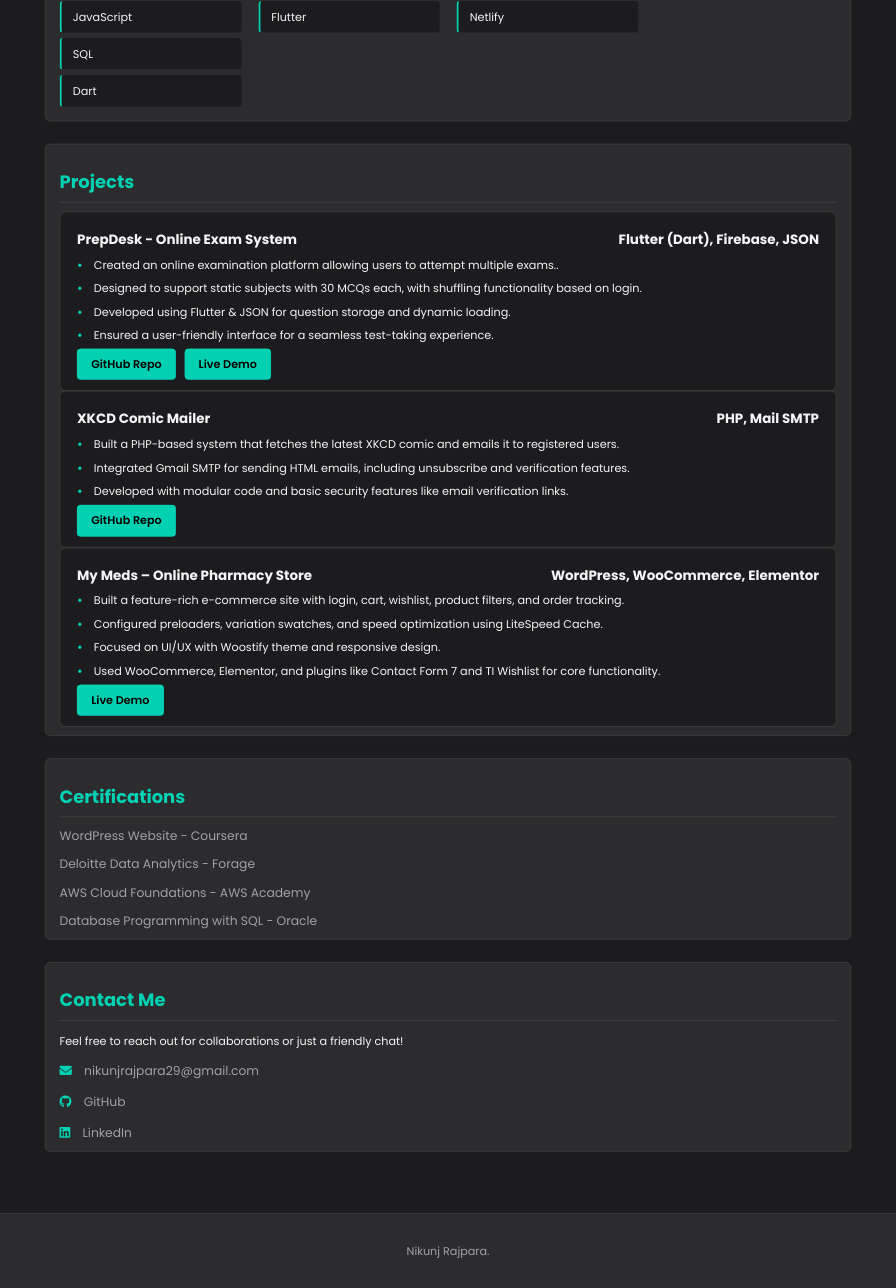
Repository: NikunjRajpara/portfolio
Page: index.html
These files come from the project's save history. The page is drawn as it stood at one moment and after the next save; the edit follows.
The browser window is 1280 px wide. The pictures show the part of the page from y = 1796 to 3716 px (the page is 3636 px tall before and 3716 px after), at 70% of full size.

Above is the page before, as saved 2025-07-23 11:17:48.

### index.html
<!DOCTYPE html>
<html lang="en">
<head>
    <meta charset="UTF-8">
    <meta name="viewport" content="width=device-width, initial-scale=1.0">
    <title>Nikunj Rajpara | Personal Portfolio</title>
    <link rel="stylesheet" href="style.css">
    <link rel="preconnect" href="https://fonts.googleapis.com">
    <link rel="preconnect" href="https://fonts.gstatic.com" crossorigin>
    <link href="https://fonts.googleapis.com/css2?family=Poppins:wght@300;400;600;700&display=swap" rel="stylesheet">
    <link rel="stylesheet" href="https://cdnjs.cloudflare.com/ajax/libs/font-awesome/6.5.1/css/all.min.css">
</head>
<body>

    <!-- Header Section -->
    <header>
        <nav>
            <div class="logo">Nikunj Rajpara</div>
            <ul class="nav-links">
  <li><a href="#about">About</a></li>
  <li><a href="#education">Education</a></li>
  <li><a href="#experience">Experience</a></li>
  <li><a href="#skills">Skills</a></li>
  <li><a href="#projects">Projects</a></li>
  <li><a href="#certifications">Certifications</a></li>
  <li><a href="#contact">Contact</a></li>
</ul>

        </nav>
    </header>

    <!-- Main Content -->
    <main>
        <!-- Hero Section -->
        <section id="hero">
            <div class="hero-content">
                <img src="https://github.com/user-attachments/assets/263757a8-381b-4890-8bf0-0c66ba8d1ebf" alt="Profile Picture of Nikunj Rajpara" class="profile-img">
                <div class="hero-text">
                    <h1>MERN Stack Developer</h1>
                    <p>A passionate developer focused on building secure, scalable, and modern web applications.</p>
                </div>
            </div>
        </section>

        <!-- About Section -->
        <section id="about">
            <h2>About Me</h2>
            <div class="About-item">
            <ul class="introduction">
                    <li>I'm a Computer Engineering student at Marwadi University, passionate about exploring how technology works and bringing ideas to life through hands-on experience. With a strong foundation, I am sharpening my skills as a Mern Stack Intern at BrainyBeam Technologies.</li>
                    <li> I thrive on turning ideas into functional, scalable solutions. With hands-on experience and a solid understanding, I am now expanding my horizons into open-source development. I’ve learned the importance of clean code, version control, and team collaboration — all principles I carry into every project.</li>
                    <li> I’m actively seeking internship opportunities in software development and tech-driven roles where I can grow, collaborate, and make an impact.</li>
                    <li>Let’s connect!</li>
                    </div>
        </section>

        <!-- Education Section -->
<section id="education">
  <h2>Education</h2>
  <div class="education-item">
    <p><strong>Marwadi University, Rajkot</strong></p>
    <p><strong>Computer Engineering - Diploma</strong><br>Oct 2020 - May 2023 | CGPA: 8.13</p>
  </div>
  <div class="education-item">
    <p><strong>Marwadi University, Rajkot</strong></p>
    <p><strong>Computer Engineering - B. Tech</strong><br>Sept 2023 - May 2026</p>
  </div>
</section>

        <!-- Experience Section -->
        <section id="experience">
            <h2>Experience</h2>
            <div class="experience-item">
                <div class="experience-header">
                    <h3>Brainy Beam Technologies | MERN Stack Intern</h3>
                    <span class="experience-location">Ahmedabad, Gujarat | May 2025 – June 2025</span>
                </div>
                <ul class="experience-details">
                    <li>Developed secure authentication and registration flows with real-time validation and structured error handling.</li>
                    <li>Built Core page layouts including routing, profile modules, and dashboard navigation with a clean, scalable architecture.</li>
                    <li>Followed modern web development standards and clean code practices, ensuring maintainability, performance, and security.</li>
                </ul>
            </div>
        </section>

        <!-- Skills Section -->
        <section id="skills">
            <h2>My Skills</h2>
            <div class="skills-container">
                <div class="skill-category">
                    <h3>Programming Languages</h3>
                    <ul>
                        <li>PHP</li>
                        <li>HTML & CSS</li>
                        <li>JavaScript</li>
                        <li>SQL</li>
                        <li>Dart</li>
                    </ul>
                </div>
                <div class="skill-category">
                    <h3>Libraries & Frameworks</h3>
                    <ul>
                        <li>React</li>
                        <li>Node</li>
                        <li>Flutter</li>
                    </ul>
                </div>
                <div class="skill-category">
                    <h3>Tools & Platforms</h3>
                    <ul>
                        <li>VS Code</li>
                        <li>Git & GitHub</li>
                        <li>Netlify</li>
                    </ul>
                </div>
                <div class="skill-category">
                    <h3>Databases</h3>
                    <ul>
                        <li>MySQL</li>
                        <li>Firebase</li>
                    </ul>
                </div>
            </div>
        </section>

        <!-- Projects Section -->
        <section id="projects">
            <h2>Projects</h2>
            <div class="project-card">
                <div class="project-header">
                    <h3>PrepDesk - Online Exam System</h3>
                    <span class="project-tech">Flutter (Dart), Firebase, JSON</span>
                </div>
                <ul class="project-details">
                    <li>Created an online examination platform allowing users to attempt multiple exams..</li>
                    <li>Designed to support static subjects with 30 MCQs each, with shuffling functionality based on login.</li>
                    <li>Developed using Flutter & JSON for question storage and dynamic loading.</li>
                    <li>Ensured a user-friendly interface for a seamless test-taking experience.</li>
                <div class="project-links">
                    <a href="https://github.com/NikunjRajpara/prepdesk" class="btn-link">GitHub Repo</a>
                    <a href="https://prepdeskexam.netlify.app/" class="btn-link">Live Demo</a>
                </div>
            </div>

            <div class="project-card">
  <div class="project-header">
    <h3>XKCD Comic Mailer</h3>
    <span class="project-tech">PHP, Mail SMTP</span>
  </div>
  <ul class="project-details">
    <li>Built a PHP-based system that fetches the latest XKCD comic and emails it to registered users.</li>
    <li>Integrated Gmail SMTP for sending HTML emails, including unsubscribe and verification features.</li>
    <li>Developed with modular code and basic security features like email verification links.</li>
  </ul>
  <div class="project-links">
    <a href="https://github.com/NikunjRajpara/XKCD-Comic" class="btn-link">GitHub Repo</a>
  </div>
</div>

<div class="project-card">
  <div class="project-header">
    <h3>My Meds – Online Pharmacy Store</h3>
    <span class="project-tech">WordPress, WooCommerce, Elementor</span>
  </div>
  <ul class="project-details">
    <li>Built a feature-rich e-commerce site with login, cart, wishlist, product filters, and order tracking.</li>
    <li>Configured preloaders, variation swatches, and speed optimization using LiteSpeed Cache.</li>
    <li>Focused on UI/UX with Woostify theme and responsive design.</li>
    <li>Used WooCommerce, Elementor, and plugins like Contact Form 7 and TI Wishlist for core functionality.</li>
  </ul>
  <div class="project-links">
    <a href="https://mymeds.42web.io/" class="btn-link">Live Demo</a>
  </div>
</div>

        </section>

     <!-- Certifications Section -->
<section id="certifications">
  <h2>Certifications</h2>
  <div class="cert-links">
    <a href="https://www.coursera.org/account/accomplishments/verify/JCHUG2V3B9CD" target="_blank">WordPress Website - Coursera</a>
    <a href="https://forage-uploads-prod.s3.amazonaws.com/completion-certificates/9PBTqmSxAf6zZTseP/io9DzWKe3PTsiS6GG_9PBTqmSxAf6zZTseP_cTxrjBYMDmJePsFNL_1745661196625_completion_certificate.pdf" target="_blank">Deloitte Data Analytics - Forage</a>
    <a href="https://www.credly.com/badges/220a269f-0b0c-48c9-b872-8cb1258a5f5d" target="_blank">AWS Cloud Foundations - AWS Academy</a>
    <a href="https://drive.google.com/file/d/12mJQulLoDs20k5aMf6YPIAZCJ1PORaJe/view" target="_blank">Database Programming with SQL - Oracle</a>
  </div>
</section>




        <!-- Contact Section -->
        <aside id="contact">
            <h2>Contact Me</h2>
            <p>Feel free to reach out for collaborations or just a friendly chat!</p>
            <div class="contact-links">
                <a href="mailto:nikunjrajpara29@gmail.com"><i class="fas fa-envelope"></i> nikunjrajpara29@gmail.com</a>
                <a href="https://github.com/NikunjRajpara"><i class="fab fa-github"></i> GitHub</a>
                <a href="https://www.linkedin.com/in/nikunj-rajpara-4628a0247/"><i class="fab fa-linkedin"></i> LinkedIn</a>
            </div>
        </aside>
    </main>

    <!-- Footer -->
    <footer>
        <p>Nikunj Rajpara.</p>
    </footer>

</body>
</html>

### style.css
/* CSS Variables for easy color changes */
:root {
    --primary-neon: #00d1b2; /* A vibrant, modern teal/neon color */
    --background-dark: #1c1c1e;
    --content-dark: #2c2c2e;
    --text-light: #f5f5f7;
    --text-muted: #a1a1a6;
    --border-color: #444;
}

/* FIX: This tells the browser to leave 80px of space at the top when scrolling to an element */
html {
    scroll-behavior: smooth;
    scroll-padding-top: 80px;
}

/* General Body Styles */
body {
    font-family: 'Poppins', sans-serif;
    margin: 0;
    padding: 0;
    background-color: var(--background-dark);
    color: var(--text-light);
    line-height: 1.6;
}

/* Header and Navigation */
header {
    background-color: var(--content-dark);
    box-shadow: 0 2px 4px rgba(0,0,0,0.3);
    padding: 1rem 5%;
    position: sticky;
    top: 0;
    z-index: 1000;
}

nav {
    display: flex;
    justify-content: space-between;
    align-items: center;
}

.logo {
    font-size: 1.5rem;
    font-weight: 700;
    color: var(--primary-neon);
    text-shadow: 0 0 5px rgba(0, 209, 178, 0.7);
}

.nav-links {
    list-style: none;
    display: flex;
    gap: 1.5rem;
    margin: 0;
    padding: 0;
}

.nav-links a {
    text-decoration: none;
    color: var(--text-muted);
    font-weight: 600;
    transition: color 0.3s ease, text-shadow 0.3s ease;
}

.nav-links a:hover {
    color: var(--primary-neon);
    text-shadow: 0 0 3px rgba(0, 209, 178, 0.5);
}

/* Main Content and Sections */
main {
    padding: 1.5rem 5%;
}

section, aside {
    margin-bottom: 2rem;
    padding: 0.75rem 1.25rem; /* Reduced top and bottom padding */
    background-color: var(--content-dark);
    border-radius: 8px;
    border: 1px solid var(--border-color);
}

h1, h2, h3 {
    color: var(--text-light);
}

h1 {
    font-size: 2.5rem;
    margin-bottom: 0.5rem;
}

h2 {
    font-size: 1.6rem;
    color: var(--primary-neon);
    margin-bottom: 0.8rem;
    border-bottom: 1px solid var(--border-color);
    padding-bottom: 0.5rem;
}

/* Hero Section */
#hero {
    background: none;
    border: none;
    text-align: center;
    padding-top: 1rem;
}

.hero-content {
    display: flex;
    flex-direction: column;
    align-items: center;
    gap: 0.5rem; /* Reduced gap */
}

.profile-img {
    width: 150px;
    height: 150px;
    border-radius: 50%;
    border: 4px solid var(--primary-neon);
    box-shadow: 0 0 25px rgba(0, 209, 178, 0.5);
}

.hero-text h1 {
    color: var(--text-light);
    font-weight: 700;
    margin: 0; /* Removed all margins */
    line-height: 1.2; /* Tightened line height */
}

.hero-text p {
    font-size: 1.1rem;
    color: var(--text-muted);
    font-weight: 300;
    margin: 0; /* Removed all margins */
}

.introduction {
    list-style: none;
    padding-left: 0;
    margin: 0;
}
.About-item {
    background: var(--background-dark);
    padding: 1.5rem;
    border-radius: 8px;
    border: 1px solid var(--border-color);
}
.introduction{
    padding-left: 1.5rem;
    position: relative;
    margin-bottom: 0.5rem;
}

.introduction li::before {
    content: '•';
    color: var(--primary-neon);
    font-weight: bold;
    display: inline-block;
    position: absolute;
    left: 0;
}

/* Experience Section */
.experience-item {
    background: var(--background-dark);
    padding: 1.5rem;
    border-radius: 8px;
    border: 1px solid var(--border-color);
}

.experience-header {
    display: flex;
    justify-content: space-between;
    align-items: baseline;
    margin-bottom: 1rem;
}

.experience-header h3 {
    margin: 0;
    font-size: 1.2rem;
    font-weight: 700;
    color: var(--text-light);
}

.experience-location {
    font-size: 1.2rem;
    color: var(--text-light);
    font-style: normal;
    font-weight: 700;
    white-space: nowrap;
    padding-left: 1rem;
}

.experience-details {
    list-style: none;
    padding-left: 0;
    margin: 0;
}

.experience-details li {
    padding-left: 1.5rem;
    position: relative;
    margin-bottom: 0.5rem;
}

.experience-details li::before {
    content: '•';
    color: var(--primary-neon);
    font-weight: bold;
    display: inline-block;
    position: absolute;
    left: 0;
}

/* Skills Section */
.skills-container {
    display: grid;
    grid-template-columns: repeat(auto-fit, minmax(220px, 1fr));
    gap: 1.5rem;
}

.skill-category h3 {
    color: var(--primary-neon);
    font-size: 1.2rem;
    margin-bottom: 1rem;
}

.skill-category ul {
    list-style: none;
    padding: 0;
    margin: 0;
}

.skill-category li {
    background-color: var(--background-dark);
    padding: 0.6rem 1rem;
    margin-bottom: 0.5rem;
    border-radius: 5px;
    border-left: 3px solid var(--primary-neon);
    transition: transform 0.2s ease, box-shadow 0.2s ease;
}

.skill-category li:hover {
    transform: translateX(5px);
    box-shadow: 0 0 10px rgba(0, 209, 178, 0.3);
}


/* Projects Section */
.project-card {
    background: var(--background-dark);
    padding: 1.5rem;
    border-radius: 8px;
    border: 1px solid var(--border-color);
}

.project-header {
    display: flex;
    justify-content: space-between;
    align-items: baseline;
    margin-bottom: 0.5rem;
}

.project-header h3 {
    margin: 0;
    font-size: 1.2rem;
    font-weight: 700;
}

.project-tech {
    font-size: 1.2rem;
    color: var(--text-light);
    font-style: normal;
    font-weight: 700;
    white-space: nowrap;
    padding-left: 1rem;
}

.project-details {
    list-style: none;
    padding-left: 0;
    margin: 0;
}

.project-details li {
    padding-left: 1.5rem;
    position: relative;
    margin-bottom: 0.5rem;
}

.project-details li::before {
    content: '•';
    color: var(--primary-neon);
    font-weight: bold;
    display: inline-block;
    position: absolute;
    left: 0;
}

.project-links {
    margin-top: 1rem;
}

.btn-link {
    text-decoration: none;
    background-color: var(--primary-neon);
    color: #000;
    padding: 0.6rem 1.2rem;
    border-radius: 5px;
    font-weight: 600;
    transition: background-color 0.3s ease, box-shadow 0.3s ease;
    margin-right: 0.5rem;
    border: 1px solid var(--primary-neon);
}

.btn-link:hover {
    background-color: transparent;
    color: var(--primary-neon);
    box-shadow: 0 0 15px rgba(0, 209, 178, 0.6);
}

/* Contact Section */
#contact .contact-links {
    display: flex;
    flex-direction: column;
    gap: 1rem;
}

#contact .contact-links a {
    text-decoration: none;
    color: var(--text-muted);
    font-size: 1.1rem;
    transition: color 0.3s ease;
}

#contact .contact-links a:hover {
    color: var(--primary-neon);
}

#contact .contact-links i {
    margin-right: 0.8rem;
    color: var(--primary-neon);
}

/* Footer */
footer {
    text-align: center;
    padding: 1.5rem 5%;
    background-color: var(--content-dark);
    color: var(--text-muted);
    margin-top: 2rem;
    border-top: 1px solid var(--border-color);
}

/* Responsive Design */
@media (max-width: 768px) {
    nav {
        flex-direction: column;
        gap: 1rem;
    }

    .nav-links {
        flex-wrap: wrap;
        justify-content: center;
        gap: 0.5rem 1rem;
    }

    h1 {
        font-size: 2rem;
    }

    h2 {
        font-size: 1.5rem; /* Adjusted for mobile */
    }

    main {
        padding: 1.5rem 3%;
    }

    .skills-container {
        grid-template-columns: 1fr;
    }

    .experience-header,
    .project-header {
       flex-direction: column;
       align-items: flex-start;
       gap: 0.25rem;
    }
}

.cert-links {
    display: flex;
    flex-direction: column;
    gap: 0.75rem;
}

.cert-links a {
    text-decoration: none;
    color: var(--text-muted);
    font-size: 1.1rem;
    transition: color 0.3s ease;
}

.cert-links a:hover {
    color: var(--primary-neon);
}

After the next save:
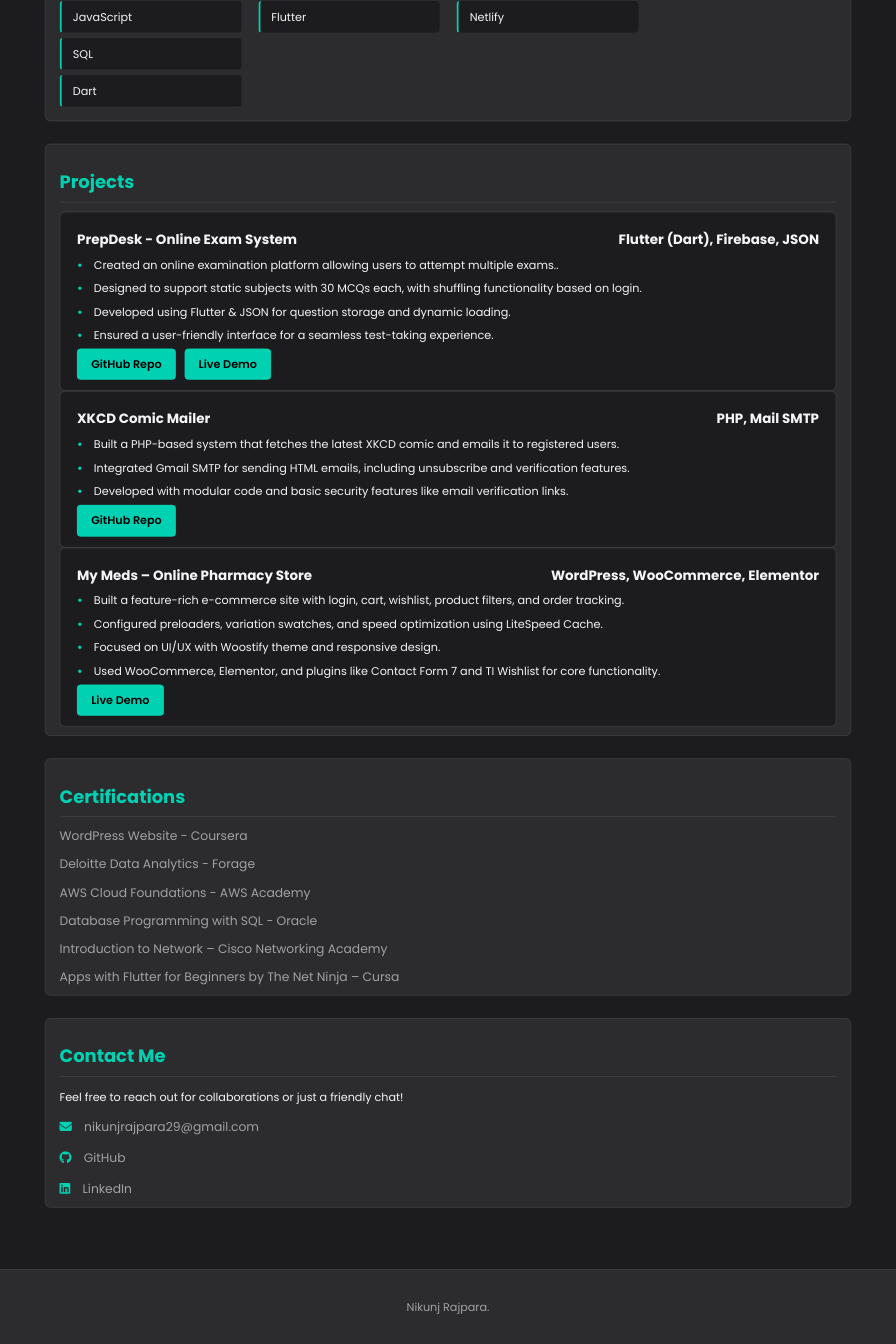
Saved 12 min 29 s later.
--- a/index.html
+++ b/index.html
@@ -183,7 +183,10 @@
     <a href="https://forage-uploads-prod.s3.amazonaws.com/completion-certificates/9PBTqmSxAf6zZTseP/io9DzWKe3PTsiS6GG_9PBTqmSxAf6zZTseP_cTxrjBYMDmJePsFNL_1745661196625_completion_certificate.pdf" target="_blank">Deloitte Data Analytics - Forage</a>
     <a href="https://www.credly.com/badges/220a269f-0b0c-48c9-b872-8cb1258a5f5d" target="_blank">AWS Cloud Foundations - AWS Academy</a>
     <a href="https://drive.google.com/file/d/12mJQulLoDs20k5aMf6YPIAZCJ1PORaJe/view" target="_blank">Database Programming with SQL - Oracle</a>
-  </div>
+    <a href="https://www.credly.com/badges/ca4aea19-463d-4e92-ba63-ab9fe9c36b41" target="_blank">Introduction to Network – Cisco Networking Academy</a>
+    <a href="https://cursa.app/en/my-certificate/certf56d7d12124cbfedf1382926506843bf" target="_blank">Apps with Flutter for Beginners by The Net Ninja – Cursa</a>
+
+</div>
 </section>
 
 
